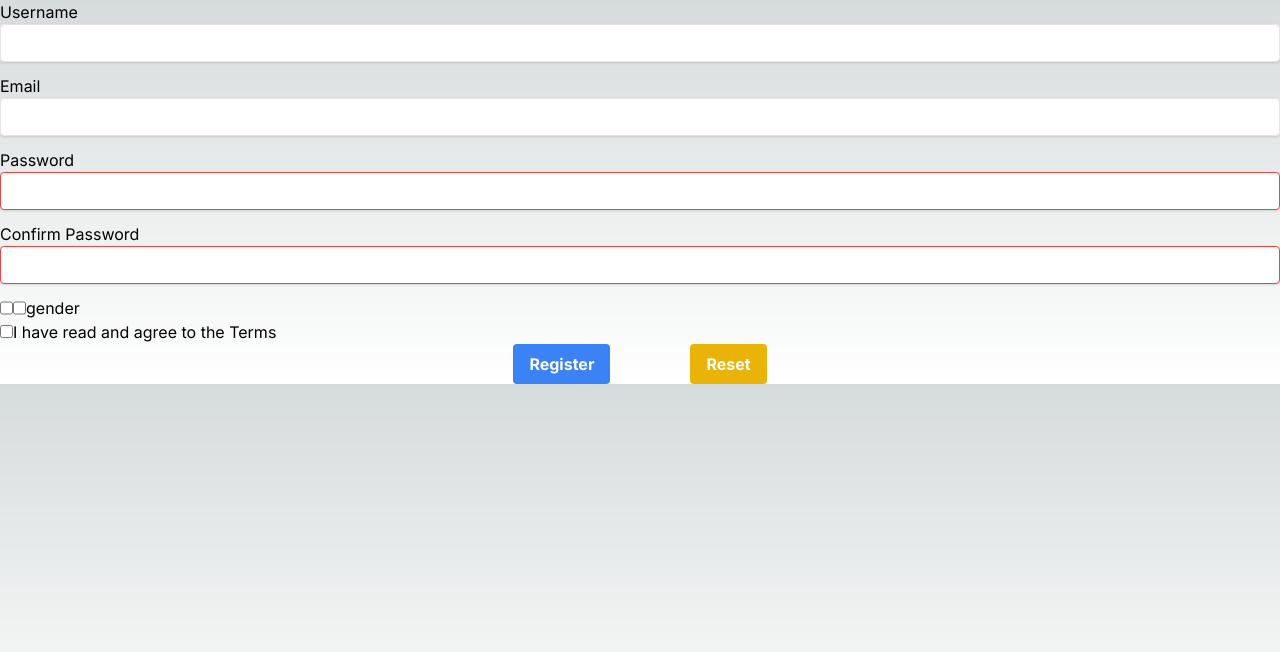
Repository: uh-sman/tiktok-card
Page: /
The author's editor kept a copy of each file at every save. The page is drawn from the files as they stood at one save, then again after the next save.
The browser window is 1280 px wide. The pictures show the whole page.
The project was rebuilt for these pictures with package versions that can differ from the ones it lists, and the page was loaded fresh each time. The framework's server and built-in components were replaced by stand-ins that run in the browser. Also part of the build but not shown: next.config.js.

Above is the page before, as saved 2023-12-19 13:59:04.

### app/page.tsx
'use client'
// import Input from "./components/Input";
import { FieldValues, SubmitHandler, useForm } from "react-hook-form";
import AuthForm from "./components/AuthForm";
type FormValues = {
  name: string,
      email: string,
      password: string,
      confirmPassword: string,
      DateOfBirth: string,
      Bio: string,
      gender: string,
      termsAndConditions: string
}

export default function Home() {
  return (
    <div>
      <AuthForm />
    </div>
  )
}



{/* <form class="max-w-sm mx-auto">
  <div class="mb-5">
    <label for="email" class="block mb-2 text-sm font-medium text-gray-900 dark:text-white">Your email</label>
    <input type="email" id="email" class="bg-gray-50 border border-gray-300 text-gray-900 text-sm rounded-lg focus:ring-blue-500 focus:border-blue-500 block w-full p-2.5 dark:bg-gray-700 dark:border-gray-600 dark:placeholder-gray-400 dark:text-white dark:focus:ring-blue-500 dark:focus:border-blue-500" placeholder="name@flowbite.com" required>
  </div>
  <div class="mb-5">
    <label for="password" class="block mb-2 text-sm font-medium text-gray-900 dark:text-white">Your password</label>
    <input type="password" id="password" class="bg-gray-50 border border-gray-300 text-gray-900 text-sm rounded-lg focus:ring-blue-500 focus:border-blue-500 block w-full p-2.5 dark:bg-gray-700 dark:border-gray-600 dark:placeholder-gray-400 dark:text-white dark:focus:ring-blue-500 dark:focus:border-blue-500" required>
  </div>
  <div class="flex items-start mb-5">
    <div class="flex items-center h-5">
      <input id="remember" type="checkbox" value="" class="w-4 h-4 border border-gray-300 rounded bg-gray-50 focus:ring-3 focus:ring-blue-300 dark:bg-gray-700 dark:border-gray-600 dark:focus:ring-blue-600 dark:ring-offset-gray-800 dark:focus:ring-offset-gray-800" required>
    </div>
    <label for="remember" class="ms-2 text-sm font-medium text-gray-900 dark:text-gray-300">Remember me</label>
  </div>
  <button type="submit" class="text-white bg-blue-700 hover:bg-blue-800 focus:ring-4 focus:outline-none focus:ring-blue-300 font-medium rounded-lg text-sm w-full sm:w-auto px-5 py-2.5 text-center dark:bg-blue-600 dark:hover:bg-blue-700 dark:focus:ring-blue-800">Submit</button>
</form> */}

### app/components/AuthForm.tsx
import React from "react";
import { useForm } from "react-hook-form";

type UserSubmitForm = {
    username: string;
    email: string;
    password: string;
    confirmPassword: string;
    acceptTerms: boolean;
    male:boolean;
    female:boolean;
  };
const AuthForm: React.FC = () => {
    const {register,handleSubmit, reset} = useForm<UserSubmitForm>()
    const onSubmit = (data: UserSubmitForm) => {
        console.log(data)
    }
    return (
        <div className="flex flex-col">
        <form onSubmit={handleSubmit(onSubmit)}>
          <div className="flex flex-col">
            <label>Username</label>
            <input
            className="shadow appearance-none border rounded w-full py-2 px-3 text-gray-700 mb-3 leading-tight focus:outline-none focus:shadow-outline"
              type="text"
              {...register('username')}
            />
            <div className="invalid-feedback">
                </div>
          </div>

          <div className="flex flex-col">
            <label>Email</label>
            <input
            className="shadow appearance-none border rounded w-full py-2 px-3 text-gray-700 mb-3 leading-tight focus:outline-none focus:shadow-outline"
              type="text"
              {...register('email')}
            />
            <div className="invalid-feedback">
                </div>
          </div>

          <div className="flex flex-col">
            <label>Password</label>
            <input
            className="shadow appearance-none border border-red-500 rounded w-full py-2 px-3 text-gray-700 mb-3 leading-tight focus:outline-none focus:shadow-outline"
              type="password"
              {...register('password')}
            />
            <div className="invalid-feedback">
                </div>
          </div>
          <div className="flex flex-col">
            <label>Confirm Password</label>
            <input
            className="shadow appearance-none border border-red-500 rounded w-full py-2 px-3 text-gray-700 mb-3 leading-tight focus:outline-none focus:shadow-outline"
              type="password"
              {...register('confirmPassword')}
            />
            <div className="invalid-feedback">
            </div>
          </div>

          <div className="flex ">
            <input
              type="checkbox"
              {...register('male')}
            />
            <input
              type="checkbox"
              {...register('female')}
            />
            <label htmlFor="gender" className="form-check-label">
              gender
            </label>
            <div className="invalid-feedback">
                </div>
          </div>
          <div className="">
            <input
              type="checkbox"
              {...register('acceptTerms')}
            />
            <label htmlFor="acceptTerms" className="form-check-label">
              I have read and agree to the Terms
            </label>
            <div className="invalid-feedback">
                </div>
          </div>

          <div className="flex justify-center gap-20">
            <button type="submit" className="bg-blue-500 hover:bg-blue-700 text-white font-bold py-2 px-4 rounded focus:outline-none focus:shadow-outline">
              Register
            </button>
            <button
              type="button"
              onClick={() => reset()}
              className="bg-yellow-500 hover:bg-yellow-700 text-white font-bold py-2 px-4 rounded focus:outline-none focus:shadow-outline"
            >
              Reset
            </button>
          </div>
        </form>
      </div>
    )
}

export default AuthForm;

Loaded but not shown: app/layout.tsx (common file); app/globals.css (common file); tailwind.config.ts (common file)

After the next save:
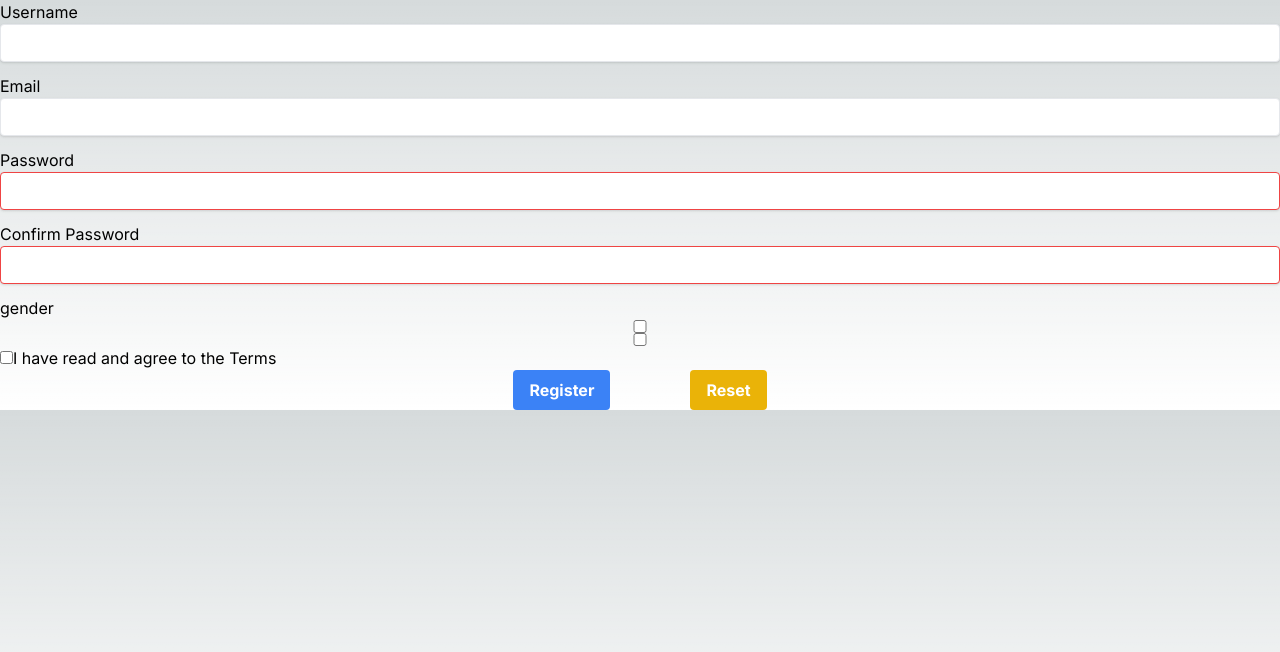
Saved 10 s later.
--- a/app/components/AuthForm.tsx
+++ b/app/components/AuthForm.tsx
@@ -61,7 +61,7 @@ const AuthForm: React.FC = () => {
             </div>
           </div>
 
-          <div className="flex ">
+          <div className="flex flex-col-reverse">
             <input
               type="checkbox"
               {...register('male')}

After the save that followed:
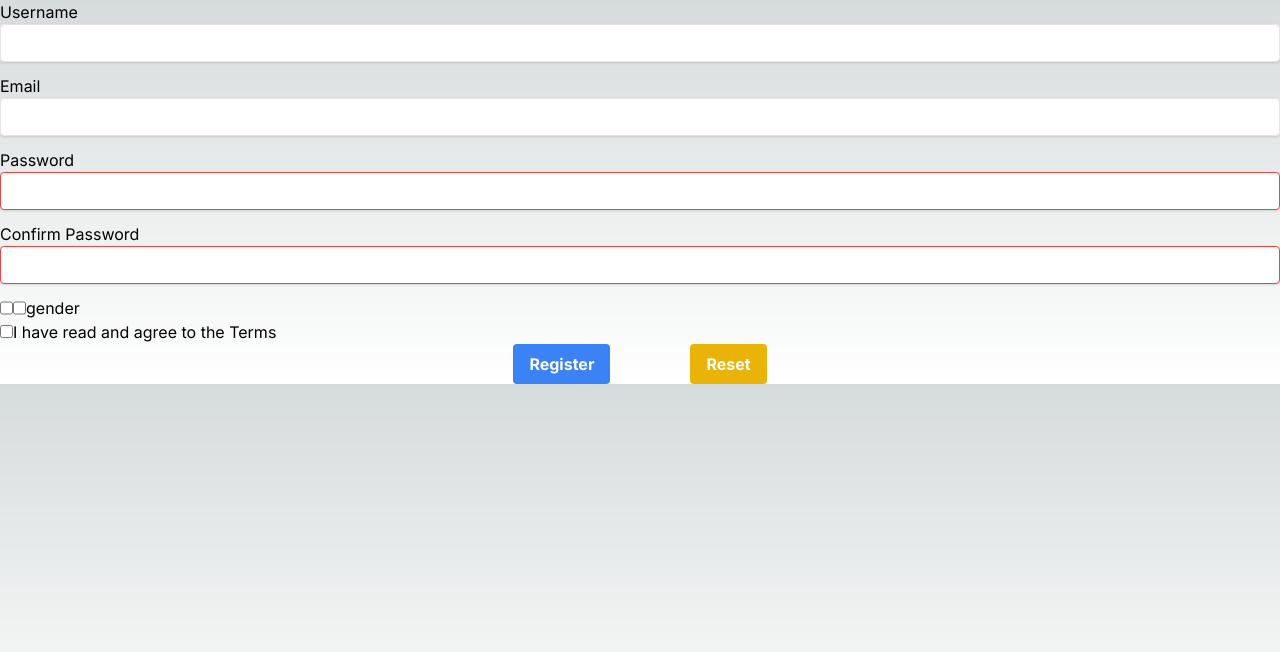
Saved 20 s later.
--- a/app/components/AuthForm.tsx
+++ b/app/components/AuthForm.tsx
@@ -61,7 +61,7 @@ const AuthForm: React.FC = () => {
             </div>
           </div>
 
-          <div className="flex flex-col-reverse">
+          <div className="flex flex-wrap-reverse">
             <input
               type="checkbox"
               {...register('male')}
